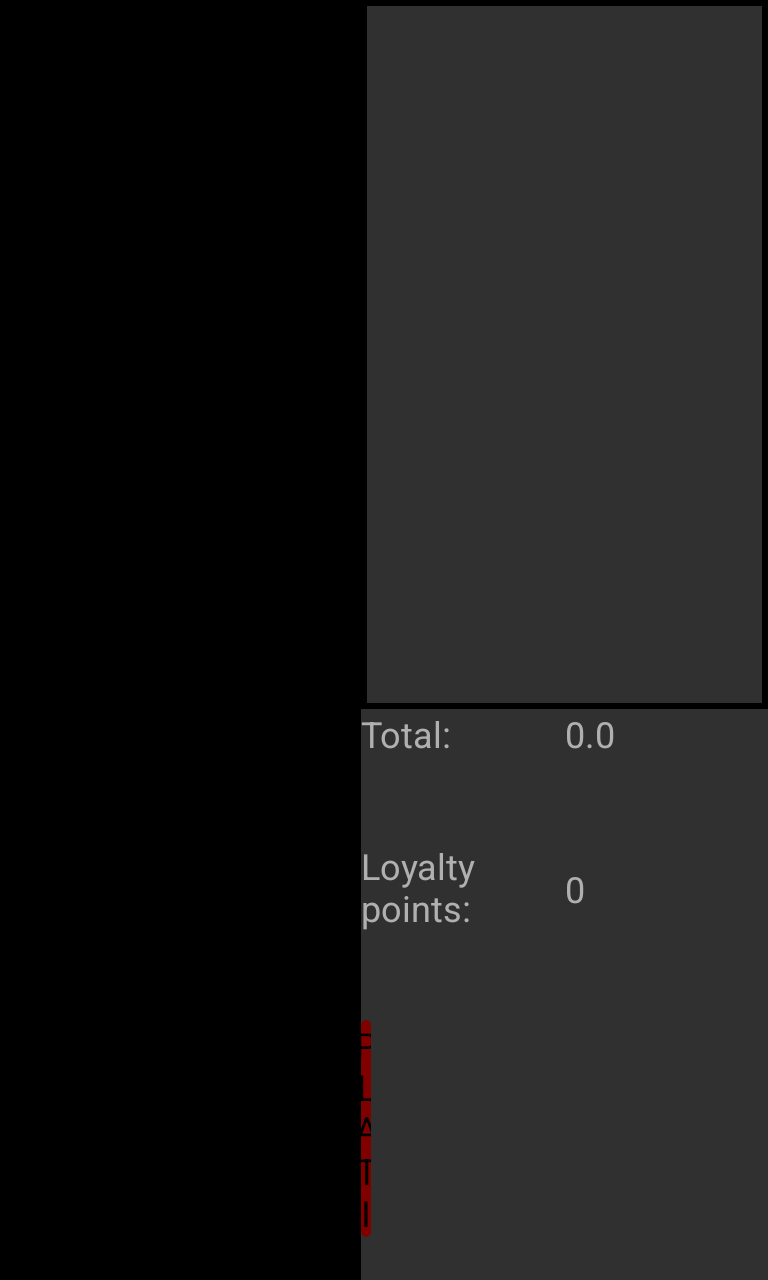
Repository: dzenisahusic/AndroidApp
Layout: Edit2014Sales/res/layout/fragment_kasa.xml
The author's editor kept a copy of each file at every save. The layout is drawn from the files as they stood at one save, then again after the next save.
It is drawn on a 768 x 1280 px phone screen (xhdpi) without system bars, with theme AppTheme; the app's code is not run. Lists and similar views that code fills are empty.

Above is the layout before, as saved 2014-07-15 18:44:47.

After the next save:
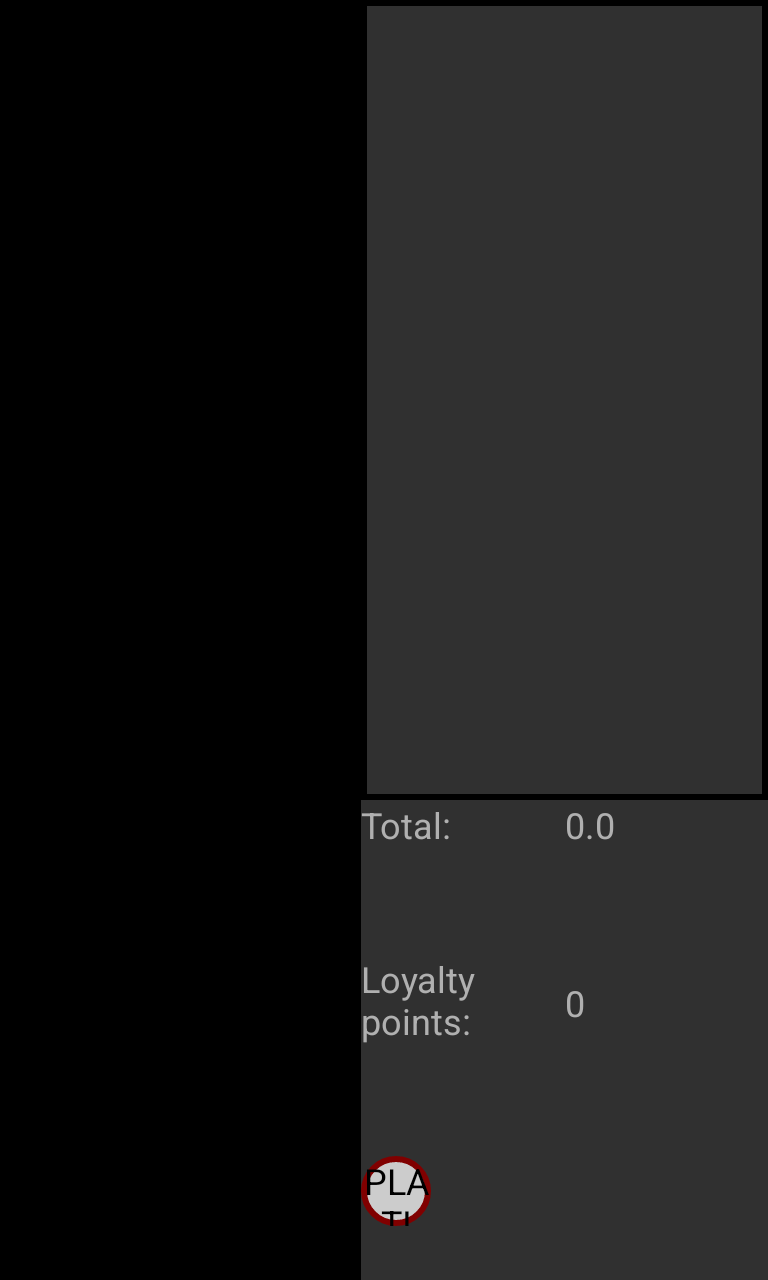
Saved 42 s later.
--- a/Edit2014Sales/res/layout/fragment_kasa.xml
+++ b/Edit2014Sales/res/layout/fragment_kasa.xml
@@ -178,8 +178,8 @@
 
                            <Button
                     android:id="@+id/plati"
-                    android:layout_width="5dp"
-                    android:layout_height="wrap_content"
+                    android:layout_width="35dp"
+                    android:layout_height="35dp"
                     android:text="PLATI"
                     android:background="@drawable/rounded_corner_top"/>
 
